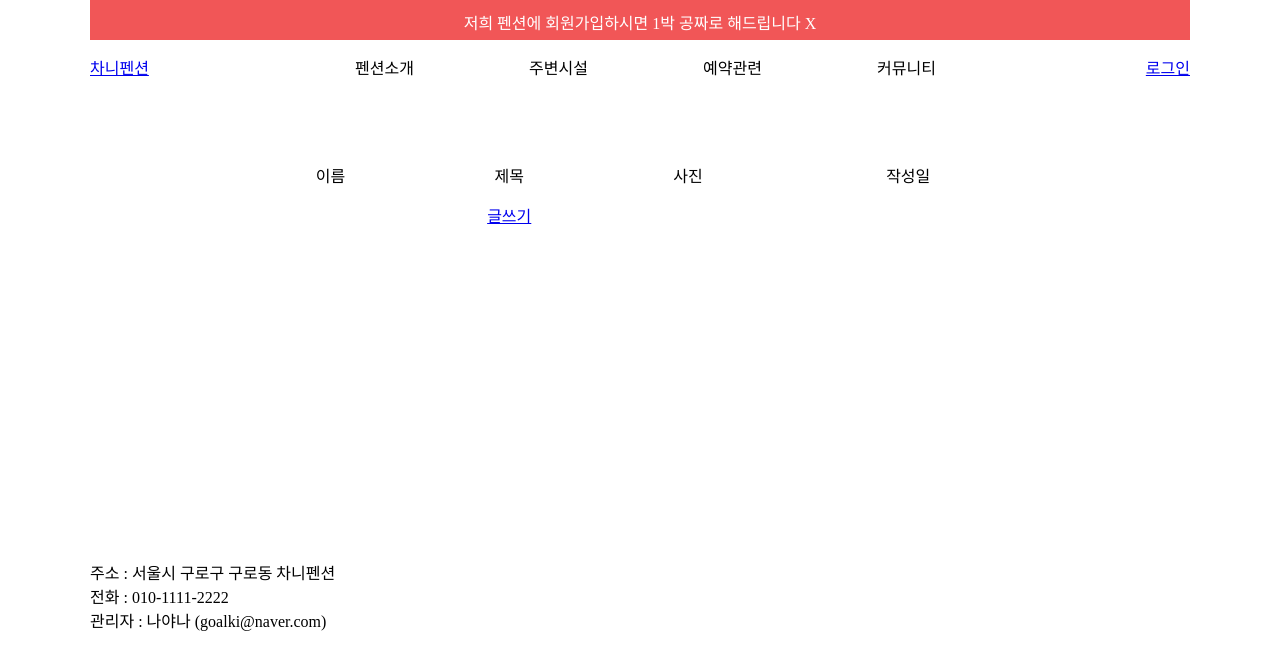
Repository: goalki/pension
Page: http://localhost/pension/tour/list.jsp
The author's editor kept a copy of each file at every save. The page is drawn from the files as they stood at one save, then again after the next save.
The browser window is 1280 px wide. The pictures show the whole page.
The page is served by Tomcat 9. Other server files are loaded and not shown. Queries for data that is not in the repository find no rows.

Above is the page before, as saved 2021-01-20 05:59:49.

### pension/WebContent/tour/list.jsp
<%@ page language="java" contentType="text/html; charset=UTF-8"
    pageEncoding="UTF-8"%>
<%@page import="java.sql.*" %>
<%@page import="pension.dto.TourDto" %>
<%@page import="pension.dao.Dao" %>
<%@page import="java.util.ArrayList" %>
<%@ taglib prefix="c" uri="http://java.sun.com/jsp/jstl/core" %>

<%
   Dao dao=new Dao();
   ArrayList<TourDto> list=dao.tour_list();
   pageContext.setAttribute("list", list);
   //out.print(list.size());
%>

<%@ include file="../top.jsp" %>


 <style>
  #section {
    width:1100px;
    height:400px;
    margin:auto;
    text-align:center;
    margin-top:60px;
  }
 </style>
 <div id="section">
   <!-- 레코드 내용 출력 -->
   <table width="800" align="center">
     <tr>
       <td> 이름 </td>
       <td> 제목 </td>
       <td> 사진 </td>
       <td> 작성일 </td>
     </tr>
    <c:forEach var="tdto" items="${list}">
     <tr>
       <td> ${tdto.name} </td>
       <td> <a href="content.jsp?id=${tdto.id}"> ${tdto.title} </a> </td>
       <td> <img src="img/${tdto.fname}" width="50"> </td>
       <td> ${tdto.writeday}  </td>
     </tr>
     </c:forEach>
     <tr height="50">
      <td colspan="3" align="center"> <a href="write.jsp"> 글쓰기 </a> </td>
     </tr>
   </table>
 </div>

<%@ include file="../bottom.jsp" %>

### pension/WebContent/top.jsp
<%@ page language="java" contentType="text/html; charset=UTF-8"
    pageEncoding="UTF-8"%>
<%@ taglib prefix="c" uri="http://java.sun.com/jsp/jstl/core" %>

<!DOCTYPE html>
<html>       <!-- index.jsp -->
<head>
<meta charset="UTF-8">
<title>Insert title here</title>
  <style>
    body {
      margin:0px;
    }
    #first {  /* 광고관련 1층 */
      width:1100px;
      height:30px;
      margin:auto;
      background:#f15657;
      text-align:center;
      padding-top:10px;
      color:white;
    }
    #second {  /* 로고, 메뉴 2층 */
      width:1100px;
      height:60px;
      margin:auto;
    }
    #second #left {
      padding-top:15px;
      width:100px;
      float:left;
    }
    #second #right {
      padding-top:15px;
      width:1000px;
      float:right;
      text-align:right;
    }
    #second #right #menu {
      display:inline-block;
      width:170px;
      height:30px; /* 주메뉴의 높이를 줘야 됩니다 */
      position:relative;
    }
    #second #right #menu:last-child {
      width:250px;
    }
    #second #right #menu .sub {
      position:absolute;
      width:120px;
      left:88px;
      top:10px;
      background:white;
      padding-left:0px;
      visibility:hidden;
      padding-top:10px;

    }
    #second #right #menu .sub li {
      list-style-type:none;
      text-align:center; /* 서브메뉴의 글자 중앙 */
    }


  </style>
    <script src="http://code.jquery.com/jquery-latest.js"></script>
  <script>
    function view_sub(n)
    {
    	document.getElementsByClassName("sub")[n].style.visibility="visible";
    }
    function hide_sub(n)
    {
    	document.getElementsByClassName("sub")[n].style.visibility="hidden";
    }

    $(function()
    {
    	$("#ff").click(function()
    	{
    		$("#first").slideUp();

    	});
    });
  </script>
</head>
<body>
  <div id="first">
     저희 펜션에 회원가입하시면  1박 공짜로 해드립니다
   <span id="ff"  style="cursor:pointer"> X </span>
  </div>
  <div id="second">
     <div id="left"> <a href="../main/index.jsp"> 차니펜션 </a></div>
     <div id="right">
        <span id="menu" onmouseenter="view_sub(0)" onmouseleave="hide_sub(0)"> 펜션소개
        <!-- 부메뉴 -->
           <ul class="sub">
            <li> <a href="../sogae/sogae.jsp"> 우리펜션 </a> </li>
            <li> 오시는길 </li>
           </ul>
        </span>
        <span id="menu" onmouseenter="view_sub(1)" onmouseleave="hide_sub(1)"> 주변시설
        <!-- 부메뉴 -->
           <ul class="sub">
            <li> 만리포 </li>
            <li> 연포</li>
            <li> 채석정 </li>
           </ul>
        </span>
        <span id="menu" onmouseenter="view_sub(2)" onmouseleave="hide_sub(2)"> 예약관련
         <!-- 부메뉴 -->
           <ul class="sub">
            <li>  예약 규정 </a> </li>
            <li> <a href="../reserve/reserve.jsp"> 실시간 예약 </a> </li>
           </ul>
        </span>
        <span id="menu" onmouseenter="view_sub(3)" onmouseleave="hide_sub(3)"> 커뮤니티
        <!-- 부메뉴 -->
           <ul class="sub">
            <li> <a href="../tour/list.jsp"> 여행 후기  </a></li>
            <li> 자유게시판 </li>
           </ul>
        </span>
        <span id="menu">
          <!-- 로그인 전 -->
          <c:if test="${userid == null}">
           <a href="../login/login.jsp"> 로그인 </a>
          </c:if>
          <!-- 관리자 로그인 한 경우 -->
          <c:if test="${userid == 'admin'}">
           <a href="../admin/reserve_view.jsp"> 예약관리  </a> /
           <a href="../admin/member_view.jsp"> 회원관리 </a> /
           <a href="../login/logout.jsp"> 로그아웃 </a>
          </c:if>
          <!--  로그인 한 후 -->
          <c:if test="${userid != null and userid != 'admin'}">
            ${name}님!! <a href="../mypage/mypage.jsp"> 내정보 </a>  <a href="../login/logout.jsp"> 로그아웃 </a>
          </c:if>

        </span>
    </div>
  </div>
  <!-- 여기까지 1층과 2층  top.jsp -->

### pension/WebContent/bottom.jsp
<%@ page language="java" contentType="text/html; charset=UTF-8"
    pageEncoding="UTF-8"%>
 <style>
 #fifth {     /* 펜션소개 5층 */
      width:1100px;
      height:100px;
      margin:auto;
    }
 </style>
<!-- 여기부터 5층 => bottom.jsp -->
  <div id="fifth">
    주소 : 서울시 구로구 구로동 차니펜션 <br>
    전화 : 010-1111-2222 <br>
    관리자 : 나야나  (goalki@naver.com) <br>
  </div>

</body>
</html>

### pension/src/pension/dao/Dao.java
package pension.dao;

import java.sql.*;
import java.time.LocalDate;
import java.util.ArrayList;

import com.oreilly.servlet.MultipartRequest;

import pension.dto.MemberDto;
import pension.dto.ReserveDto;
import pension.dto.RoomDto;
import pension.dto.TourDto;

public class Dao {

	String db="jdbc:mysql://localhost:3306/pension";
	String userid="root";
    String pw="1234";
    Connection conn;
	public Dao() throws ClassNotFoundException, SQLException
	{
		Class.forName("com.mysql.jdbc.Driver"); // 기능은 무조건 메소드내에서 실행
		conn=DriverManager.getConnection(db,userid,pw);
	}
	// room 테이블의 전체내용을 가져오기
    public ArrayList<RoomDto> get_room() throws SQLException
    {
    	String sql="select name,id from room order by price asc";
    	Statement stmt=conn.createStatement();
    	ResultSet rs=stmt.executeQuery(sql);
    	ArrayList<RoomDto> list=new ArrayList<RoomDto>();
    	while(rs.next())
    	{
    		RoomDto rdto=new RoomDto();
    		rdto.setId(rs.getInt("id"));
    		rdto.setName(rs.getString("name"));
    		list.add(rdto);
    	}
    	/*
    	String sql="select name from room order by price asc";
    	Statement stmt=conn.createStatement();
    	ResultSet rs=stmt.executeQuery(sql);
    	ArrayList<String> list=new ArrayList<String>();
    	while(rs.next())
    	{
    		list.add(rs.getString("name"));
    	}
    	*/
    	return list;
    }

    // 사용자가 선택한 방의 정보를 가져오기
    public RoomDto select_room(String id) throws SQLException
    {
    	String sql="select * from room where id="+id;
    	Statement stmt=conn.createStatement();
    	ResultSet rs=stmt.executeQuery(sql);
    	rs.next();
    	RoomDto rdto=new RoomDto();
    	rdto.setId(rs.getInt("id"));
    	rdto.setName(rs.getString("name"));
    	rdto.setMax(rs.getInt("max"));
    	rdto.setMin(rs.getInt("min"));
    	rdto.setPrice(rs.getInt("price"));

    	return rdto;
    }

    public void insert(ReserveDto rdto,String userid) throws SQLException // reserve테이블에 입력값을 넣기
    {
    	// 쿼리 생성
    	String outday="date_add('"+rdto.getInday()+"', interval "+rdto.getSuk()+" day)";
    	String sql="insert into reserve(rid,name,phone,inday,outday";
    	sql=sql+",inwon1,inwon2,inwon3,bbq,pork,suk_price,etc_price,tot_price,writeday,userid) ";
    	sql=sql+" values(?,?,?,?,"+outday+",?,?,?,?,?,?,?,?,now(),?)";

    	// date_add('2021-01-05',interval 숙박일 day);
    	PreparedStatement pstmt=conn.prepareStatement(sql);
    	pstmt.setInt(1, rdto.getRid());
    	pstmt.setString(2, rdto.getName());
    	pstmt.setString(3, rdto.getPhone());
    	pstmt.setString(4, rdto.getInday());
    	//pstmt.setString(5, outday);
    	pstmt.setInt(5, rdto.getInwon1());
    	pstmt.setInt(6, rdto.getInwon2());
    	pstmt.setInt(7, rdto.getInwon3());
    	pstmt.setInt(8, rdto.getBbq());
    	pstmt.setInt(9, rdto.getPork());
    	pstmt.setInt(10, rdto.getSuk_price());
    	pstmt.setInt(11, rdto.getEtc_price());
    	pstmt.setInt(12, rdto.getTot_price());
    	pstmt.setString(13, userid);
    	pstmt.executeUpdate();
    	//System.out.println(pstmt.toString());
    	conn.close();
    }

    public ReserveDto get_reserve(String userid) throws SQLException // 방금 예약한 정보를 가져오는 메소드(1개의 레코드)
    {
    	String sql="select * from reserve where userid='"+userid+"' order by id desc limit 1";
    	Statement stmt=conn.createStatement();
    	ResultSet rs=stmt.executeQuery(sql);
    	rs.next();
    	ReserveDto rdto=new ReserveDto();
    	rdto.setId(rs.getInt("id"));
    	rdto.setRid(rs.getInt("rid"));
    	rdto.setName(rs.getString("name"));
    	rdto.setPhone(rs.getString("phone"));
    	rdto.setInday(rs.getString("inday"));
    	rdto.setOutday(rs.getString("outday"));
    	rdto.setInwon1(rs.getInt("inwon1"));
    	rdto.setInwon2(rs.getInt("inwon2"));
    	rdto.setInwon3(rs.getInt("inwon3"));
    	rdto.setBbq(rs.getInt("bbq"));
    	rdto.setPork(rs.getInt("pork"));
    	rdto.setSuk_price(rs.getInt("suk_price"));
    	rdto.setEtc_price(rs.getInt("etc_price"));
    	rdto.setTot_price(rs.getInt("tot_price"));
    	rdto.setWriteday(rs.getString("writeday"));

    	// 방이름 가져오기
    	sql="select name from room where id="+rdto.getRid();
    	rs=stmt.executeQuery(sql);
    	rs.next();
    	rdto.setRoomname(rs.getString("name"));
    	return rdto;

    }

    public int room_state(String rid, String xday) throws SQLException// y-m-d형태의 값과 room의 id(rid)값을 받아서 예약이 되었는지를 int값으로 가져온다..
    {
    	String sql="select count(*) as cnt from reserve where inday <= ?  and outday > ? and rid=? ";
    	PreparedStatement pstmt=conn.prepareStatement(sql);
    	pstmt.setString(1, xday);
    	pstmt.setString(2, xday);
    	pstmt.setString(3, rid);
    	ResultSet rs=pstmt.executeQuery();
    	rs.next();

    	return rs.getInt("cnt");
    }

    public int suk_check(String y,String m, String d, String rid) throws SQLException
    {
        int yy=Integer.parseInt(y);
        int mm=Integer.parseInt(m);
        int dd=Integer.parseInt(d);
    	LocalDate inday=LocalDate.of(yy, mm, dd);
    	int chk=0;

    	for(int i=1;i<=8;i++)
    	{
    	  LocalDate xday=inday.plusDays(i);
    	  chk=i;
    	  String sql="select * from reserve where inday <= ? and outday > ? and rid=?";
    	  PreparedStatement pstmt=conn.prepareStatement(sql);
          pstmt.setString(1, xday.toString());
          pstmt.setString(2, xday.toString());
          pstmt.setString(3, rid);

    	  ResultSet rs=pstmt.executeQuery();
          if(rs.next())  // 레코드 있으면 true, 없으면 false
          {
        	break;// 멈춘다!!
          }

    	} // for문의 끝

    	return chk; // 몇박을 나타낼지!!
    }

    public void member_ok(MemberDto mdto) throws SQLException
    {
    	String sql="insert into member(name,userid,pwd,phone,writeday) ";
    	sql=sql+" values(?,?,?,?,now())";
    	PreparedStatement pstmt=conn.prepareStatement(sql);
        pstmt.setString(1, mdto.getName());
        pstmt.setString(2, mdto.getUserid());
        pstmt.setString(3, mdto.getPwd());
        pstmt.setString(4, mdto.getPhone());

        pstmt.executeUpdate();

        conn.close();

    }

    public boolean ismember(String userid, String pwd) throws SQLException // 회원인지 아닌지  true, false
    {
    	String sql="select * from member where userid=? and pwd=?";
    	PreparedStatement pstmt=conn.prepareStatement(sql);
    	pstmt.setString(1, userid);
    	pstmt.setString(2, pwd);

    	ResultSet rs=pstmt.executeQuery(); // 레코드가 있든지, 없든지

		/*
		 * if(rs.next()) return true; else return false;
		 */
    	return rs.next();
    }

    public int isuserid(String userid) throws SQLException
    {
    	String sql="select count(*) as num from member where userid='"+userid+"'";
    	Statement stmt=conn.createStatement();
    	ResultSet rs=stmt.executeQuery(sql);
    	rs.next();
    	// 아이디가 존재하면 1, 아니면 0
    	return rs.getInt("num");
    }

    public MemberDto mypage(String userid) throws SQLException
    {
    	String sql="select * from member where userid='"+userid+"'";
    	Statement stmt=conn.createStatement();
    	ResultSet rs=stmt.executeQuery(sql);
    	rs.next();
    	MemberDto mdto=new MemberDto();
    	mdto.setName(rs.getString("name"));
    	mdto.setPhone(rs.getString("phone"));

    	return mdto;
    }

    public ArrayList<ReserveDto> my_reserve(String userid) throws SQLException
    {
    	String sql="select r2.name,r1.inday,r1.outday,r1.bbq,r1.pork";
    	sql=sql+",r1.writeday from reserve as r1, room as r2 ";
    	sql=sql+" where r1.rid=r2.id and userid='"+userid+"'";
    	System.out.println(sql);
    	Statement stmt=conn.createStatement();
    	ResultSet rs=stmt.executeQuery(sql);
    	ArrayList<ReserveDto> list=new ArrayList<ReserveDto>();
    	while(rs.next())
    	{
    	  ReserveDto rdto=new ReserveDto();
    	  rdto.setRoomname(rs.getString("name"));
    	  rdto.setInday(rs.getString("inday"));
    	  rdto.setOutday(rs.getString("outday"));
       	  rdto.setBbq(rs.getInt("bbq"));
    	  rdto.setPork(rs.getInt("pork"));
    	  rdto.setWriteday(rs.getString("writeday"));

    	  list.add(rdto);
    	}

    	return list;
    }

    public String get_name(String userid) throws SQLException
    {
    	String sql="select name from member where userid='"+userid+"'";
    	Statement stmt=conn.createStatement();
    	ResultSet rs=stmt.executeQuery(sql);
    	rs.next();
    	return rs.getString("name");
    }

    // 아이디찾기
    public String userid_search(String name, String phone) throws SQLException
    {
    	String sql="select userid from member where name=? and phone=?";
    	PreparedStatement pstmt=conn.prepareStatement(sql);
    	pstmt.setString(1, name);
    	pstmt.setString(2, phone);
    	ResultSet rs=pstmt.executeQuery();
    	if(rs.next())
    	{
    		return rs.getString("userid");
    	}
    	else
    	{
    		return "0";
    	}

    }

    // 비밀번호 찾기
    public String pwd_search(String userid, String name, String phone) throws SQLException
    {
    	String sql="select pwd from member where name=? and phone=? and userid=?";
    	PreparedStatement pstmt=conn.prepareStatement(sql);
    	pstmt.setString(1, name);
    	pstmt.setString(2, phone);
    	pstmt.setString(3, userid);
    	ResultSet rs=pstmt.executeQuery();
    	if(rs.next())
    	{
    		return rs.getString("pwd");
    	}
    	else
    	{
    		return "0";
    	}
    }


    // 관리자가 reserve테이블에 읽어오기
    public ArrayList<ReserveDto> admin_reserve() throws SQLException
    {
    	String sql="select r1.name, r1.phone, r2.name as roomname,r1.inday,r1.outday,r1.bbq,r1.pork";
    	sql=sql+",r1.writeday from reserve as r1, room as r2 ";
    	sql=sql+" where r1.rid=r2.id order by r1.id desc";
    	//System.out.println(sql);
    	Statement stmt=conn.createStatement();
    	ResultSet rs=stmt.executeQuery(sql);
    	ArrayList<ReserveDto> list=new ArrayList<ReserveDto>();
    	while(rs.next())
    	{
    	  ReserveDto rdto=new ReserveDto();
    	  rdto.setName(rs.getString("name"));
    	  rdto.setPhone(rs.getString("phone"));
    	  rdto.setRoomname(rs.getString("roomname"));
    	  rdto.setInday(rs.getString("inday"));
    	  rdto.setOutday(rs.getString("outday"));
       	  rdto.setBbq(rs.getInt("bbq"));
    	  rdto.setPork(rs.getInt("pork"));
    	  rdto.setWriteday(rs.getString("writeday"));

    	  list.add(rdto);
    	}

    	return list;
    }

    public ArrayList<MemberDto> admin_member() throws SQLException
    {
    	String sql="select * from member where userid != 'admin' order by name asc";
    	Statement stmt=conn.createStatement();
    	ResultSet rs=stmt.executeQuery(sql);
    	ArrayList<MemberDto> list=new ArrayList<MemberDto>();
    	while(rs.next())
    	{
    	   	MemberDto mdto=new MemberDto();
    	   	mdto.setName(rs.getString("name"));
    	   	mdto.setUserid(rs.getString("userid"));
    	   	mdto.setPhone(rs.getString("phone"));
    	   	mdto.setWriteday(rs.getString("writeday"));
    	   	mdto.setState(rs.getInt("state"));

    	   	list.add(mdto);
    	}

    	return list;
    }

    public String get_name_phone(String userid) throws SQLException
    {
    	String sql="select name,phone from member where userid='"+userid+"'";
    	Statement stmt=conn.createStatement();
    	ResultSet rs=stmt.executeQuery(sql);
    	rs.next();
    	String np=rs.getString("name")+","+rs.getString("phone");
    	return np;
    }

    public void tour_write_ok(TourDto tdto) throws SQLException
    {
    	String sql="insert into tour(title,name,content,fname,writeday)";
        sql=sql+" values(?,?,?,?,now())";

		PreparedStatement pstmt=conn.prepareStatement(sql);
		pstmt.setString(1, tdto.getTitle());
		pstmt.setString(2, tdto.getName());
		pstmt.setString(3, tdto.getContent());
		pstmt.setString(4, tdto.getFname());

		pstmt.executeUpdate();

    }

    public ArrayList<TourDto> tour_list() throws SQLException
    {
        String sql="select * from tour order by id desc";
        Statement stmt=conn.createStatement();
        ResultSet rs=stmt.executeQuery(sql);

        ArrayList<TourDto> list=new ArrayList<TourDto>();
    	while(rs.next())
    	{
    	   	TourDto tdto=new TourDto();
    	   	tdto.setName(rs.getString("name"));
    	   	tdto.setTitle(rs.getString("title"));
    	   	tdto.setFname(rs.getString("fname"));
    	   	tdto.setWriteday(rs.getString("writeday"));
  	   	    tdto.setId(rs.getInt("id"));

    	   	list.add(tdto);
    	}
    	System.out.println(list.size());
    	return list;
    }
}

After the next save:
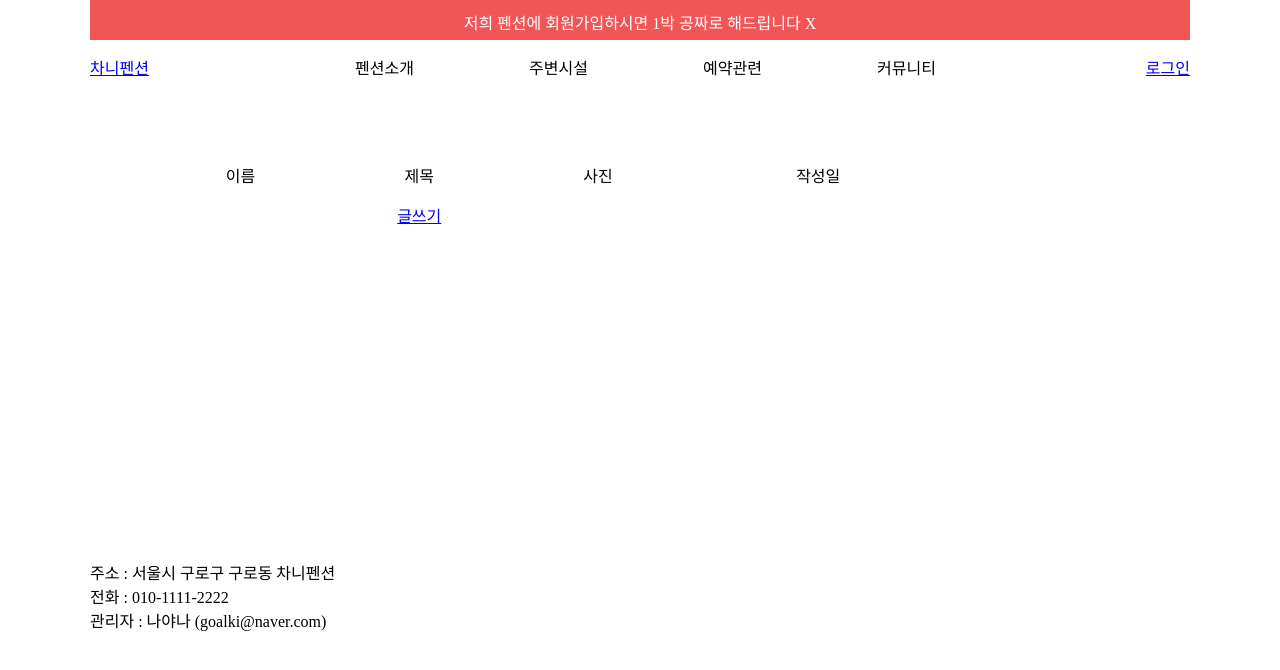
Saved 99 s later.
--- a/pension/WebContent/tour/list.jsp
+++ b/pension/WebContent/tour/list.jsp
@@ -20,7 +20,7 @@
   #section {
     width:1100px;
     height:400px;
-    margin:auto;
+
     text-align:center;
     margin-top:60px;
   }

After the save that followed:
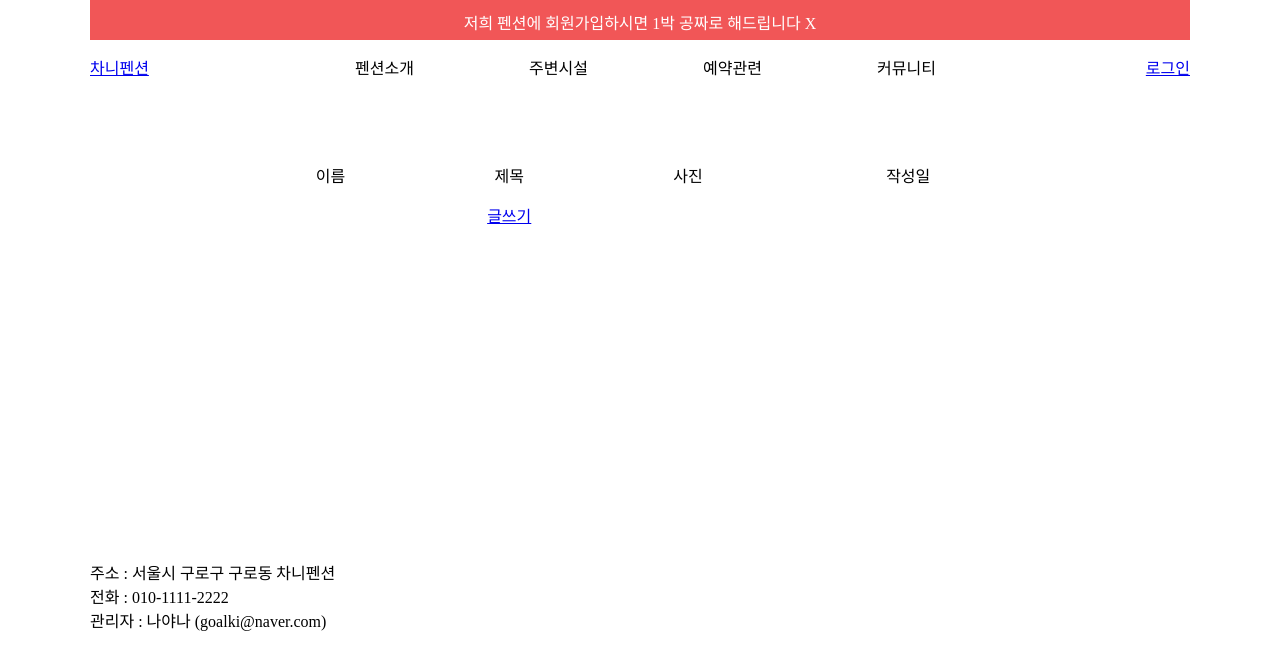
Saved 37 s later.
--- a/pension/WebContent/tour/list.jsp
+++ b/pension/WebContent/tour/list.jsp
@@ -20,7 +20,7 @@
   #section {
     width:1100px;
     height:400px;
-
+    margin:auto;
     text-align:center;
     margin-top:60px;
   }
